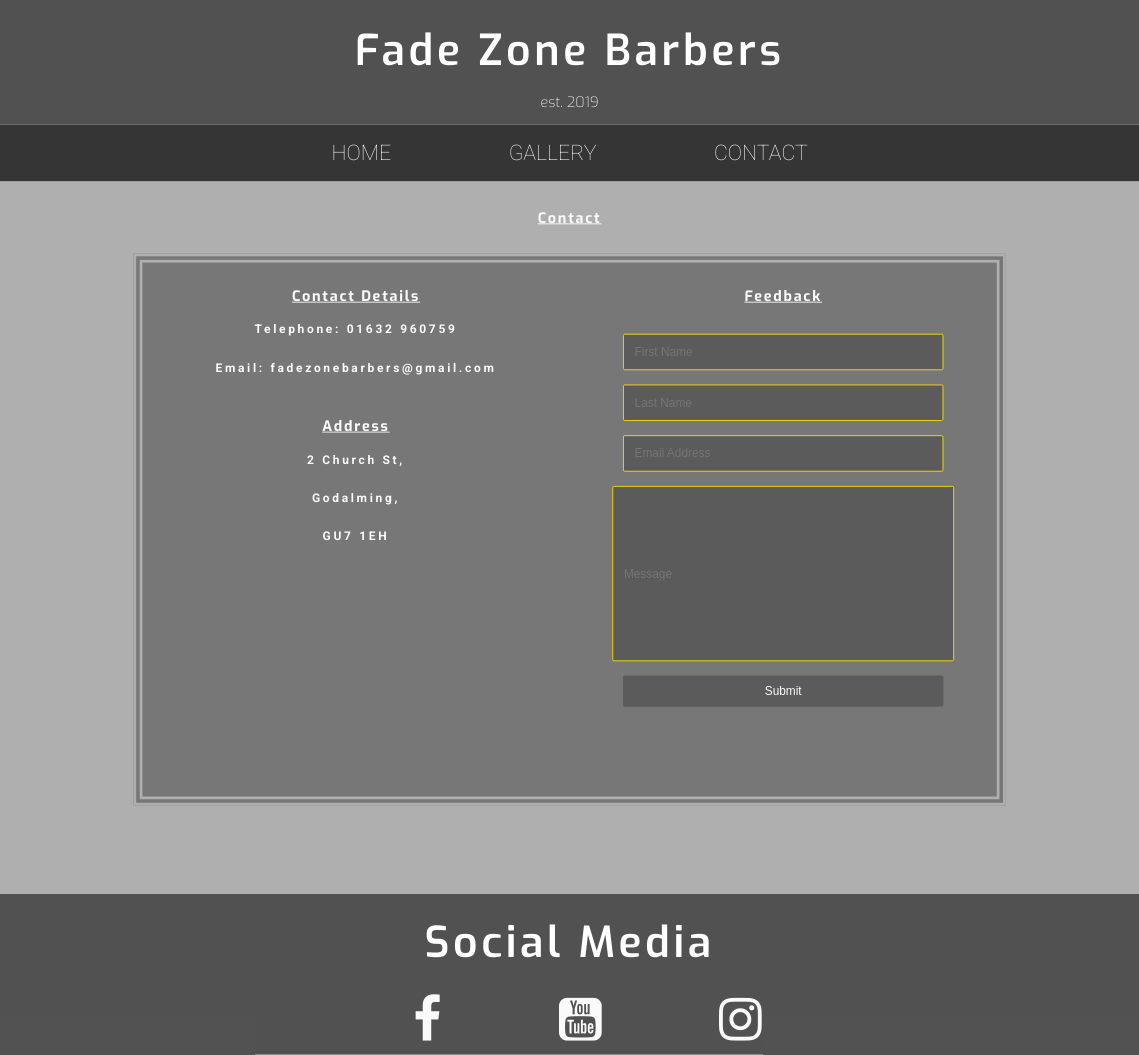
Repository: Boofy360/fade-zone-barbers
Page: contact.html
The author's editor kept a record of every edit. The page is drawn from the files as they stood at one moment, then again after the next edit.
The browser window is 1280 px wide. The pictures show the whole page, at 89% of full size.
The pointer rests on the first visible `input`.

Above is the page before.

After the next edit:
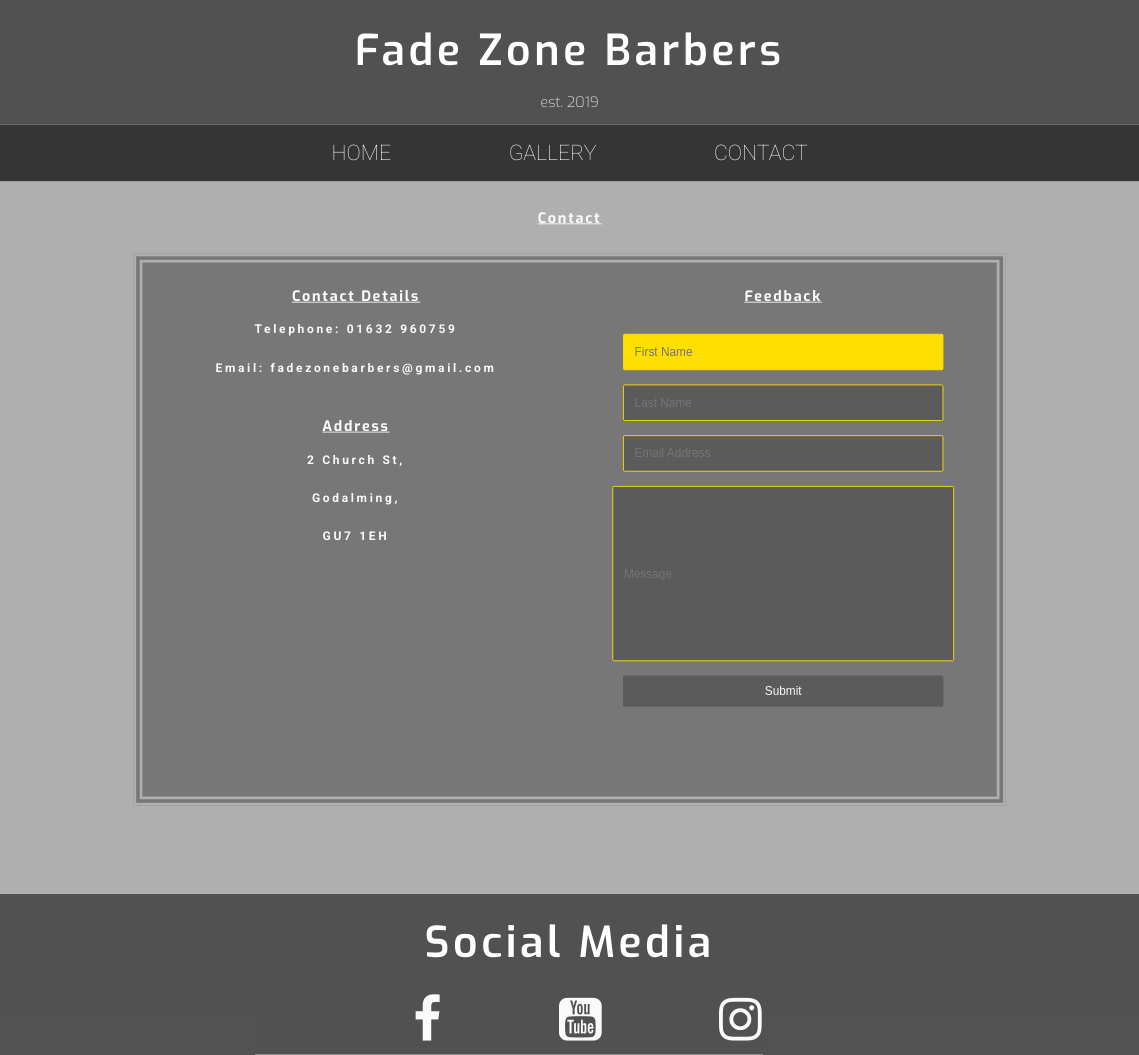
The edit:
--- a/assets/css/style.css
+++ b/assets/css/style.css
@@ -263,6 +263,11 @@
     -o-transition: all 0.35s ease-in-out;
 }
 
+input:hover {
+    background-color: #ffdf00;
+    color: black;
+}
+
 input[type=submit]:hover {
     background-color: #ffdf00;
     color: black;

After the 2 edits that followed:
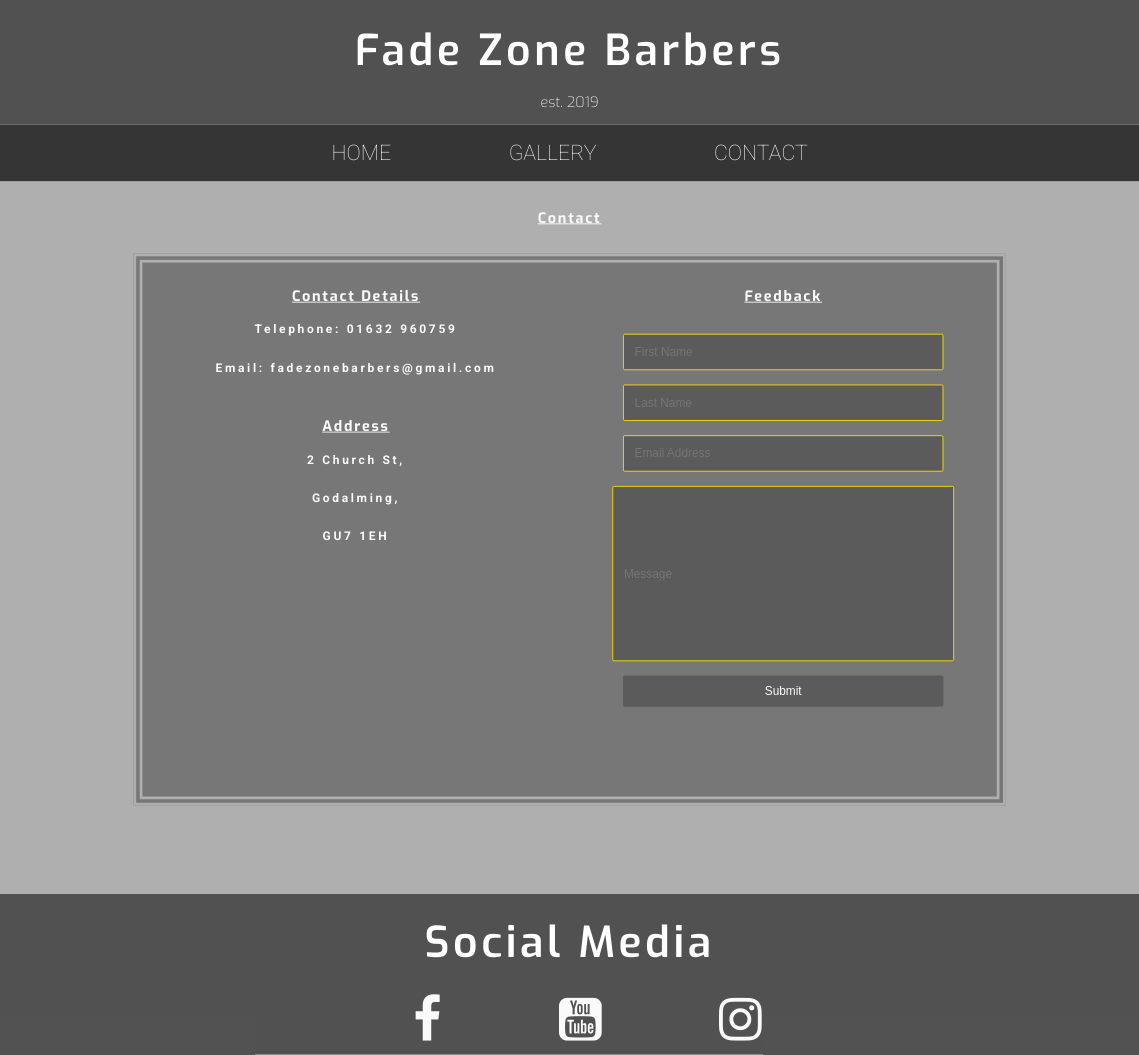
The 2 edits are shown as one change because 1 left the picture as it was.
The edit:
--- a/assets/css/style.css
+++ b/assets/css/style.css
@@ -263,17 +263,10 @@
     -o-transition: all 0.35s ease-in-out;
 }
 
-input:hover {
-    background-color: #ffdf00;
-    color: black;
-}
-
 input[type=submit]:hover {
     background-color: #ffdf00;
     color: black;
 }
-
-
 
 /*--------------------------------------------Footer*/
 
